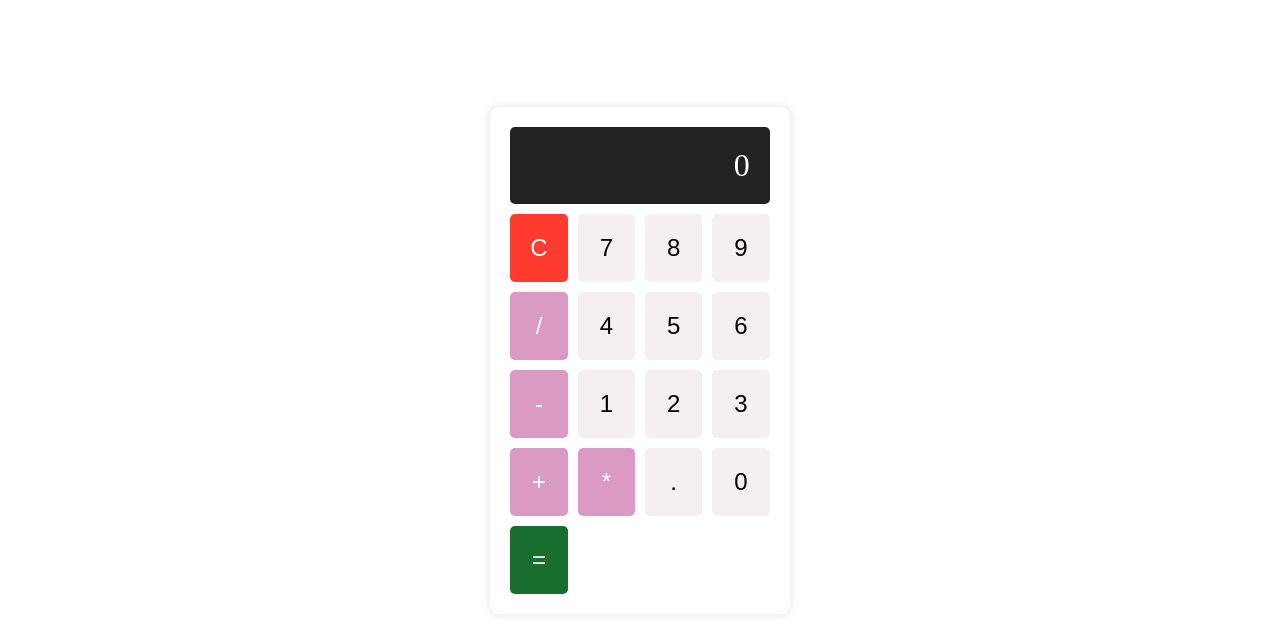
Repository: alizey12/calculator
Page: index.html
An editor plug-in stored every save of this project. The page is shown before and after the next save, followed by the edit.
The browser window is 1280 px wide. The pictures show the whole page.

Above is the page before, as saved 2024-11-23 19:50:15.

After the next save:
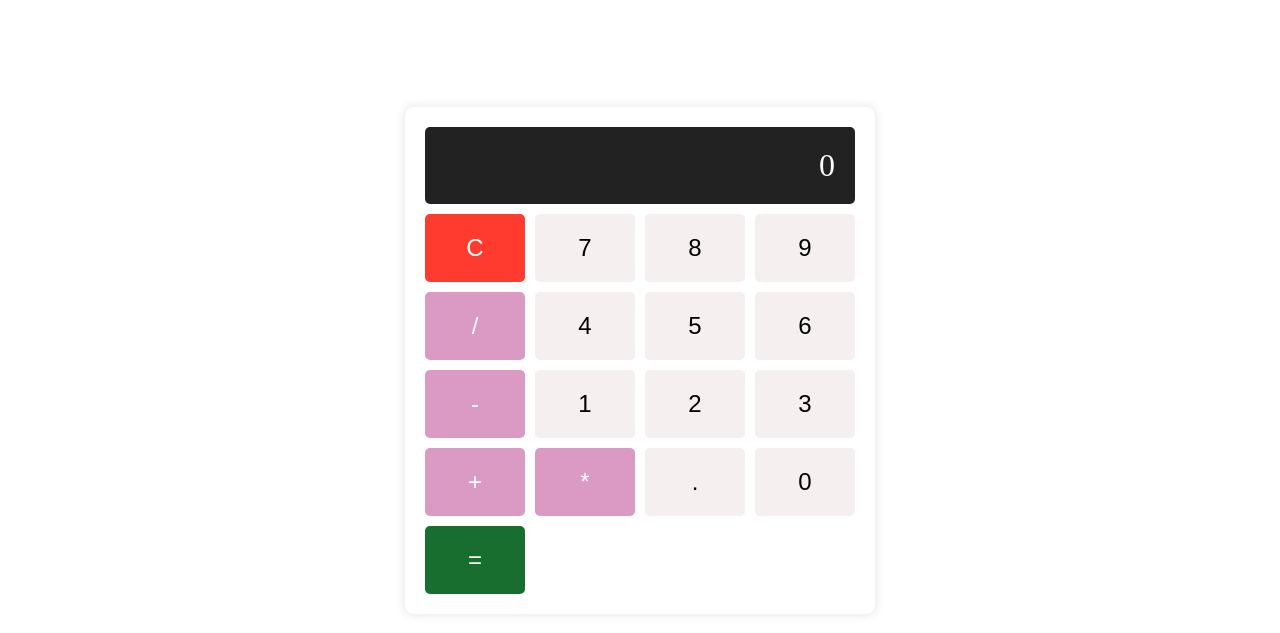
Saved 8 s later.
--- a/styles.css
+++ b/styles.css
@@ -52,7 +52,7 @@
 }
 
 #equals {
-  width: ;
+  width: 100px;
     background-color: #186e2e;
     color: #fff;
 }

After the 2 saves that followed:
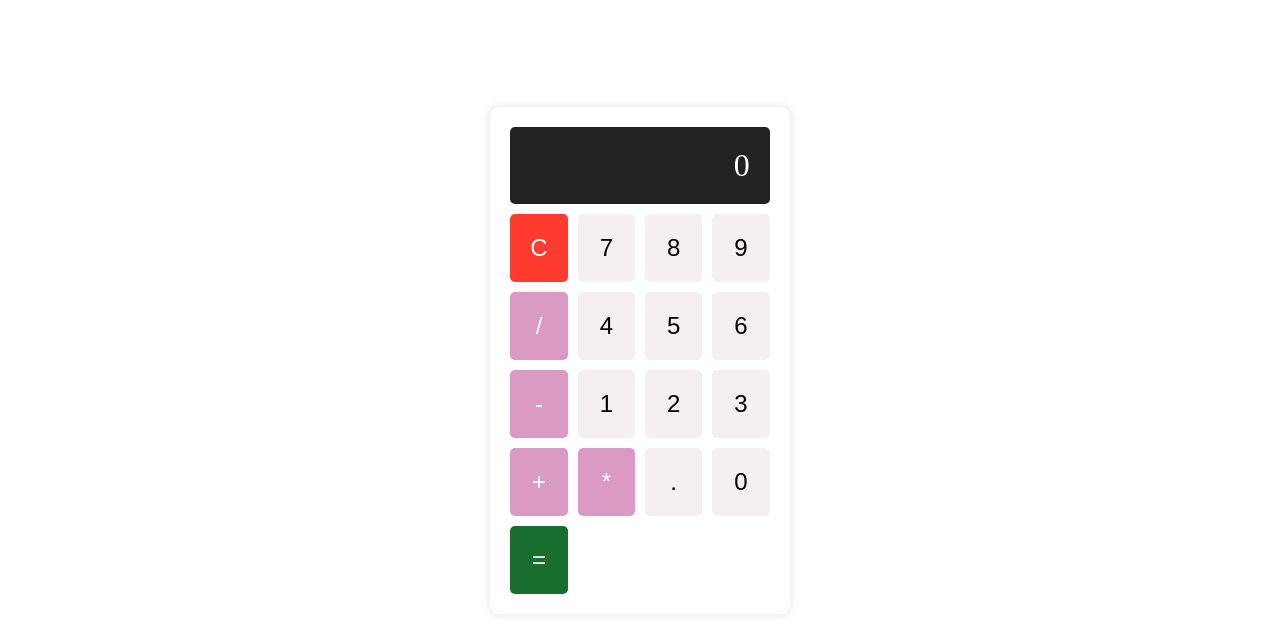
The 2 saves are shown as one change because 1 left the picture as it was.
The last was saved 27 s later.
--- a/styles.css
+++ b/styles.css
@@ -51,8 +51,8 @@
     color: #fff;
 }
 
-#equals {
-  width: 100px;
+.btn#equals {
+
     background-color: #186e2e;
     color: #fff;
 }
